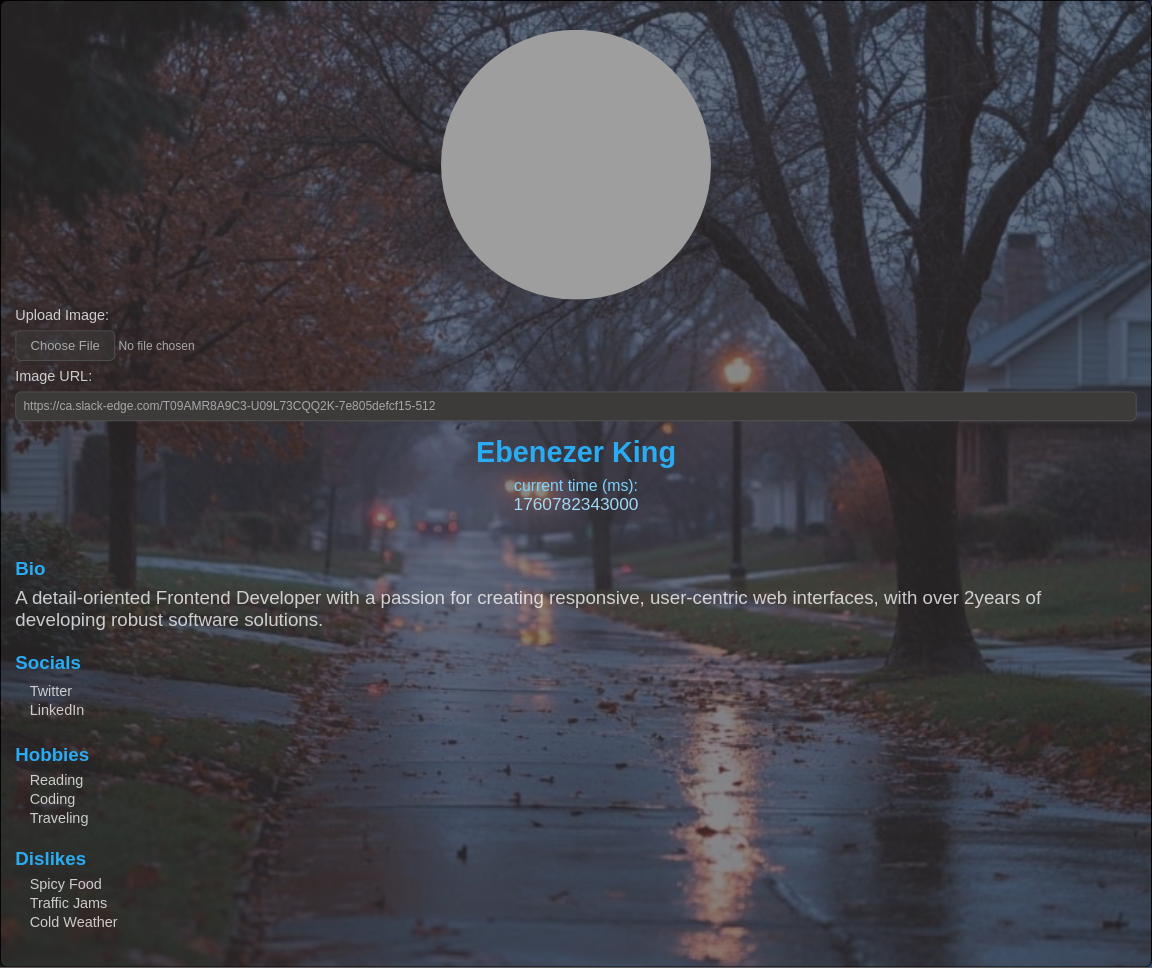
Repository: ebenezertiewei/profileCard
Page: index.html
An editor plug-in stored every save of this project. The page is shown before and after a run of saves, followed by the edit.
The browser window is 1280 px wide. The pictures show the whole page, at 90% of full size.
Pictures or frames that could not be fetched are drawn as grey boxes.

Above is the page before, as saved 2025-10-18 10:34:15.

### index.html
<!DOCTYPE html>
<html lang="en">
	<head>
		<meta charset="UTF-8" />
		<meta name="viewport" content="width=device-width, initial-scale=1.0" />
		<title>Profile Card</title>
		<link rel="stylesheet" href="style.css" />
	</head>
	<body>
		<!--------------------------------- PROFILE CARD CONTAINER ---------------------------->
		<article data-testid="test-profile-card">
			<!---------------------------------- PROFILE HEADER ---------------------------->
			<section id="profileHeader">
				<figure>
					<img
						src="https://ca.slack-edge.com/T09AMR8A9C3-U09L73CQQ2K-7e805defcf15-512"
						alt="Profile Avatar"
						data-testid="test-user-avatar"
						id="profileAvatar"
					/>
					<!-- <figcaption>Ebenezer King</figcaption> -->
				</figure>
				<section class="imageUploadMethods">
					<!-- image upload -->
					<label for="avatarUpload">Upload Image:</label>
					<input type="file" id="avatarUpload" accept="image/*" />
					<!-- image url -->
					<label for="avatarUrl">Image URL:</label>
					<input
						type="url"
						id="avatarUrl"
						placeholder="https://ca.slack-edge.com/T09AMR8A9C3-U09L73CQQ2K-7e805defcf15-512"
					/>
				</section>
				<h2 data-testid="test-user-name">Ebenezer King</h2>
				<!----------- current time----------->
				<span data-testid="test-user-time-header" class="time-header">
					current time (ms):
					<p data-testid="test-user-time"></p>
				</span>
			</section>
			<!---------------------------------- PROFILE DETAILS ---------------------------->
			<section id="profileDetails">
				<h3 data-testid="test-user-bio-header" class="bio-header">Bio</h3>
				<p data-testid="test-user-bio">
					A detail-oriented Frontend Developer with a passion for creating
					responsive, user-centric web interfaces, with over 2years of
					developing robust software solutions.
				</p>
				<!--------------------- social links ------------->
				<h3
					data-testid="test-user-social-links-header"
					class="social-links-header"
				>
					Socials
				</h3>
				<nav data-testid="test-user-social-links">
					<ul>
						<li>
							<a
								href="https://x.com/txch_king?s=11&t=o3w1r65yzU2hxbP-LDD1ug"
								target="_blank"
								rel="noopener noreferrer"
								data-testid="test-user-social-twitter"
							>
								Twitter
							</a>
						</li>
						<li>
							<a
								href="https://www.linkedin.com/in/ebenezer-t-093b21320/"
								target="_blank"
								rel="noopener noreferrer"
								data-testid="test-user-social-linkedin"
							>
								LinkedIn
							</a>
						</li>
					</ul>
				</nav>
				<!--------------------- hobbies ------------->
				<section data-testid="test-user-hobbies">
					<h3 data-testid="test-user-hobbies-header" class="hobbies-header">
						Hobbies
					</h3>
					<ul>
						<li>Reading</li>
						<li>Coding</li>
						<li>Traveling</li>
					</ul>
				</section>
				<!--------------------- dislikes ------------->
				<section data-testid="test-user-dislikes">
					<h3 data-testid="test-user-dislikes-header" class="dislikes-header">
						Dislikes
					</h3>
					<ul>
						<li>Spicy Food</li>
						<li>Traffic Jams</li>
						<li>Cold Weather</li>
					</ul>
				</section>
			</section>
		</article>

		<!-- javascript link -->
		<script src="script.js"></script>
	</body>
</html>

### style.css
/* ---------------------------------------------------------------- */
/*--------------- Project body general style ---------------*/
html {
	width: 100dvw;
	font-family: Arial, sans-serif;
	font-size: 1rem;
	font-weight: 400;
}
body {
	background-color: #605a5a;
	background-image: url("./assets/states.jpg");
	background-size: cover;
	background-position: center;
	background-repeat: no-repeat;
	/* height: 100%; */
	width: 100%;
}
* {
	padding: 0;
	margin: 0;
	border: 0;
	box-sizing: border-box;
	outline: none;
}

/*--------------------------MOBILE WORKFLOW---------------------*/
/*--------------profile card container -------------------*/
article[data-testid="test-profile-card"] {
	/* height: 100%; */
	width: 100%;
	padding: 1rem;
	background-color: rgba(61, 58, 58, 0.6);
	color: rgba(255, 255, 255, 0.761);
	display: flex;
	flex-direction: column;
	align-items: center;
	border: 1px solid #020202;
	border-radius: 8px;
	box-shadow: 0 2px 4px rgba(0, 0, 0, 0.1);
}

/*-------------  PROFILE HEADER  -------------*/
#profileHeader {
	width: 100%;
	display: flex;
	flex-direction: column;
	padding: 1rem 0;
	/* background-color: orange; */
}
#profileHeader figure {
	display: flex;
	flex-direction: column;
	align-items: center;
	margin-bottom: 0.5rem;
}
/*------------- profile header image -------------*/
#profileHeader img {
	border-radius: 50%;
	width: 300px;
	height: 300px;
	object-fit: cover;
}
/* -------------imageUploadMethods------------ */
.imageUploadMethods {
	display: flex;
	flex-direction: column;
	align-items: start;
}

.imageUploadMethods label {
	margin-bottom: 0.5rem;
}
.imageUploadMethods input {
	margin-bottom: 0.5rem;
	width: 100%;
}
#avatarUpload::file-selector-button {
	background-color: rgba(61, 58, 58, 0.6);
	color: #a8a8a8;
	padding: 0.5rem 1rem;
	border: 1px solid #555555;
	border-radius: 6px;
	cursor: pointer;
	font-size: 0.9rem;
	transition: background 0.3s;
}
#avatarUpload::file-selector-button:hover {
	background-color: #45a049;
	color: black;
}
#avatarUpload {
	color: #a8a8a8;
}
#avatarUrl::placeholder {
	background-color: rgb(61, 58, 58);
	color: #a8a8a8;
}
#avatarUrl {
	/* color: #ccc; */
	padding: 0.5rem;
	background-color: rgb(61, 58, 58);
	border: 1px solid #555555;
	border-radius: 6px;
}
/*--------------profile name --------------*/
#profileHeader h2 {
	display: flex;
	justify-content: center;
	margin: 0.5rem 0;
	font-size: 2rem;
	font-weight: 600;
	color: #2aacf3;
}
/*-------------- current time --------------*/
#profileHeader span[data-testid="test-user-time-header"] {
	display: flex;
	flex-direction: column;
	justify-content: center;
	align-items: center;
	font-size: 1.1rem;
	margin-bottom: 1rem;
	color: #7ed2ff;
}
#profileHeader p[data-testid="test-user-time"] {
	margin-bottom: 1rem;
	font-size: 1.2rem;
	color: #a1d8f6;
}
/*--------------  PROFILE DETAILS  --------------*/
.bio-header {
	display: flex;
	flex-direction: column;
	justify-content: start;
	margin-bottom: 0.5rem;
	font-size: 1.3rem;
	color: #2aacf3;
}
#profileDetails p[data-testid="test-user-bio"] {
	font-size: 1.3rem;
	margin-bottom: 1.5rem;
}
/* ------------------ social links --------------- */
.social-links-header {
	display: flex;
	flex-direction: column;
	justify-content: start;
	margin-bottom: 0.5rem;
	font-size: 1.3rem;
	color: #2aacf3;
}
#profileDetails nav[data-testid="test-user-social-links"] {
	display: flex;
	flex-direction: column;
	justify-content: start;
	margin-bottom: 1.5rem;
}
#profileDetails nav[data-testid="test-user-social-links"] ul {
	list-style: none;
}
#profileDetails nav[data-testid="test-user-social-links"] li {
	margin: 0.2rem 1rem;
}
#profileDetails nav[data-testid="test-user-social-links"] a {
	color: #ccc;
	text-decoration: none;
}
#profileDetails nav[data-testid="test-user-social-links"] a:hover {
	text-decoration: underline;
}
/* ------------------ hobbies --------------- */
.hobbies-header {
	display: flex;
	flex-direction: column;
	justify-content: start;
	margin-bottom: 0.5rem;
	font-size: 1.3rem;
	color: #2aacf3;
}
#profileDetails section[data-testid="test-user-hobbies"] ul {
	list-style: none;
	margin-bottom: 1.5rem;
}
#profileDetails section[data-testid="test-user-hobbies"] li {
	margin: 0.2rem 1rem;
}
/* ------------------ dislikes --------------- */
.dislikes-header {
	display: flex;
	flex-direction: column;
	justify-content: start;
	margin-bottom: 0.5rem;
	font-size: 1.3rem;
	color: #2aacf3;
}
#profileDetails section[data-testid="test-user-dislikes"] ul {
	list-style: none;
	margin-bottom: 1.5rem;
}
#profileDetails section[data-testid="test-user-dislikes"] li {
	margin: 0.2rem 1rem;
}

### script.js
// --------------------------------------------------------------------------
// ------------------- current time in milliseconds ----------
window.addEventListener("DOMContentLoaded", () => {
	const timeElement = document.querySelector('[data-testid="test-user-time"]');

	function updateTime() {
		const currentTime = Date.now();
		timeElement.textContent = currentTime;
	}

	updateTime();
	setInterval(updateTime, 1000);
});

// --------------------------------------------------------------------------
// ------------------- avatar image upload and image url upload ----------
window.addEventListener("DOMContentLoaded", () => {
	const avatarImg = document.getElementById("profileAvatar");
	const avatarImgUpload = document.getElementById("avatarUpload");
	const urlImgUpload = document.getElementById("avatarUrl");

	// Update avatar when a file is uploaded
	avatarImgUpload.addEventListener("change", (event) => {
		const file = event.target.files[0];
		if (file) {
			const imageUrl = URL.createObjectURL(file);
			avatarImg.src = imageUrl;

			// optional: revoke URL later to free memory
			avatarImg.onload = () => URL.revokeObjectURL(imageUrl);
		}
	});

	// Update avatar when a URL is entered
	urlImgUpload.addEventListener("input", () => {
		const url = urlImgUpload.value.trim();
		if (url) {
			avatarImg.src = url;
		}
	});
});

After the next 4 saves:
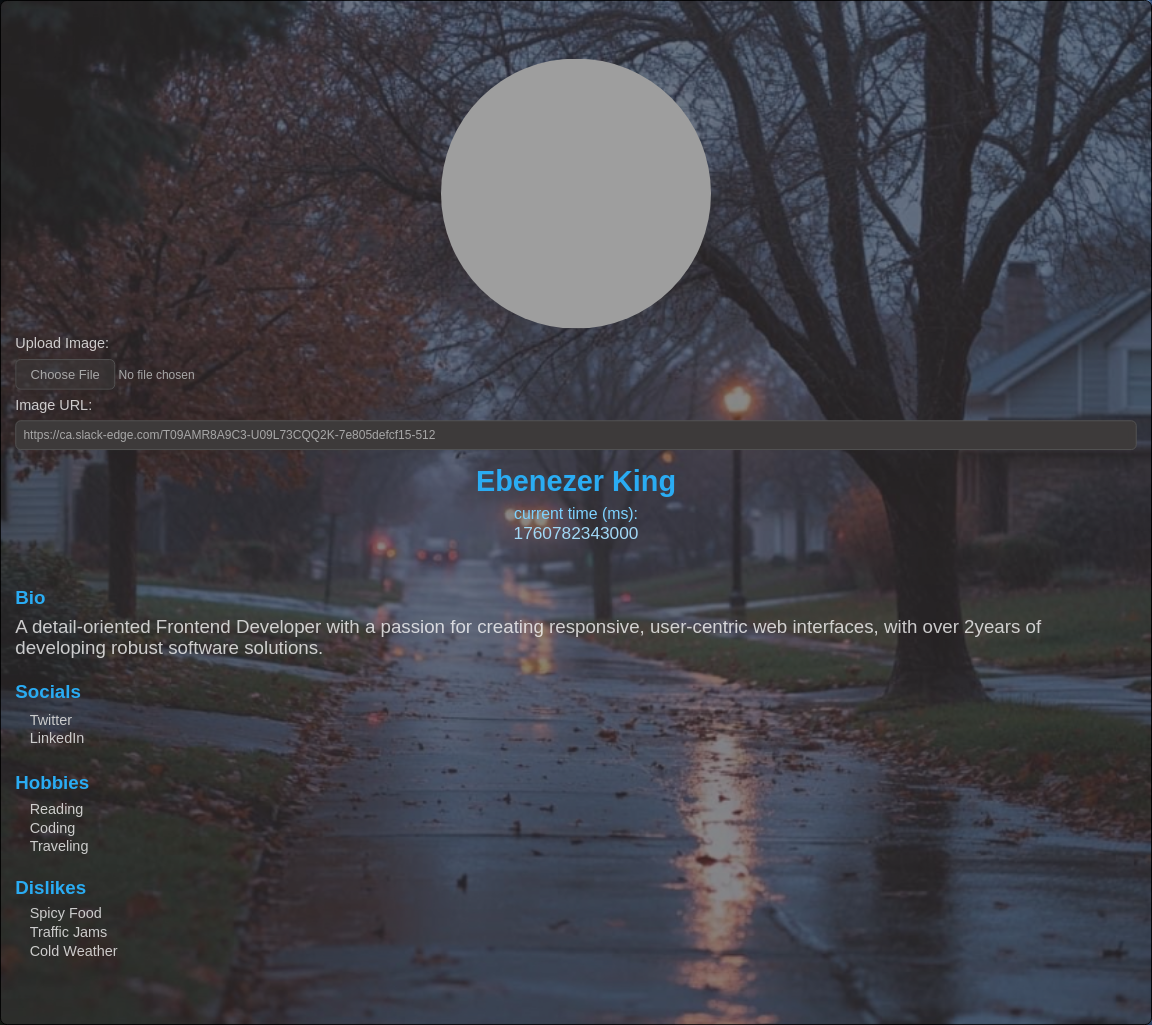
The 4 saves are shown as one change because they came seconds apart.
The last was saved 14 s later.
--- a/style.css
+++ b/style.css
@@ -28,7 +28,7 @@ body {
 article[data-testid="test-profile-card"] {
 	/* height: 100%; */
 	width: 100%;
-	padding: 1rem;
+	padding: 3rem 1rem;
 	background-color: rgba(61, 58, 58, 0.6);
 	color: rgba(255, 255, 255, 0.761);
 	display: flex;
